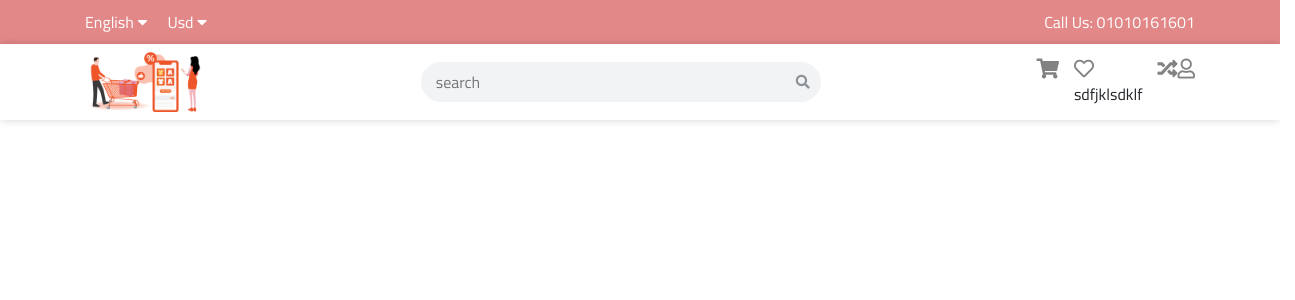
Repository: amrh20/ecommerce-temp
Page: src/index.html
These files come from the project's save history. The page is drawn as it stood at one moment and after the next save; the edit follows.
The browser window is 1280 px wide. The page is 1280 px wide, then 1295 px, so the pictures cover 1295 px, including what lies to the right of the window. The pictures show the whole page.
The style sheet was rebuilt from its Sass, Less or Tailwind sources for each picture, by a compiler version that may differ from the author's.

Above is the page before, as saved 2020-01-19 11:19:49.

### src/index.html
<!DOCTYPE html>
<html lang="en" dir="ltr">

<head>
  <!-- Mobile specific metas===========================-->
  <meta charset="UTF-8">
  <meta name="viewport" content="width=device-width, initial-scale=1.0">
  <meta http-equiv="X-UA-Compatible" content="ie=edge">
  <!-- Basic page needs===========================-->
  <title>template</title>
  <!-- Favicon===========================-->
  <!-- <link rel="shortcut icon" type="image/x-icon" href="./images/fave-icon.png"> -->
  <!-- Css Base And Vendor ===========================-->
  <link rel="stylesheet" href="./vendors/bootstrap-4/css/bootstrap.min.css">
  <link rel="stylesheet" href="./vendors/fontawesome5.2/css/all.min.css">
  <link rel="stylesheet" href="./vendors/slickslider/slick.css">
  <!-- Site Style===========================-->
  <link rel="stylesheet" href="./styles/main.css">
  <!--[if lt IE 9]>
            <script src="https://oss.maxcdn.com/html5shiv/3.7.2/html5shiv.min.js"></script>
            <script src="https://oss.maxcdn.com/respond/1.4.2/respond.min.js"></script>
        <![endif]-->
</head>

<body>
  <div class="wrapper">
    <div class="body_overlay">
    <!-- start header -->
    <header>
      <div class="header">
        <!-- start top header -->
        <div class="top_header">
          <div class="container">
           <div class="top-header_content">
             <!-- dropdowns -->
            <div class="top_header-dropdowns">
              <!-- start language dropdown -->
              <div class="langauge-dropdown">
                <div class="top_header-dropdown-head">
                  <span>english</span>
                  <i class="fas fa-caret-down"></i>
                  <div class="top_header-dropdown-content">
                    <ul>
                      <li>english</li>
                      <li>french</li>
                    </ul>
                  </div>
                </div>

              </div><!-- end language dropdown -->

              <!-- start currency dropdown -->
              <div class="currency-dropdown">
                <div class="top_header-dropdown-head">
                  <span>usd</span>
                  <i class="fas fa-caret-down"></i>
                  <div class="top_header-dropdown-content">
                    <ul>
                      <li>egb</li>
                      <li>usd</li>
                    </ul>
                  </div>
                </div>

              </div><!-- end currency dropdown -->
            </div>
            <!-- contact -->
            <div class="top_header-contact">
              <p>Call Us: 01010161601</p>
            </div>

           </div>


          </div>
        </div><!-- end top header -->
        <!-- start middle haeder -->
        <div class="mid_header">
          <div class="container">
            <div class="mid_header-content">
              <!-- logo -->
              <div class="logo">
                <img src="./images/logo.png" alt="logo">
              </div>
              <!-- search -->
              <div class="search">
                <input type="text" placeholder="search">
                <i class="fas fa-search"></i>
              </div>
              <!-- icons -->
              <div class="icons">
                <div class="shopping-cart">
                  <div class="icon_head">
                    <i class="fas fa-shopping-cart"></i>
                  </div>

                  <div class="shopping-cart_content custom_content">
                    <div class="shopping-cart_details custom_details">
                      <div class="shopping-cart_row">
                        <div class="product_img">
                          <img src="./images/product-cart.png" alt="">
                        </div>
                        <div class="product_details">
                          <p class="product_name">Marvelous Modern 3 Seater</p>
                          <p class="product_price"> 599,00 <span>egb</span> </p>
                          <p>Qty: <span>1</span></p>
                        </div>
                        <div class="delete_product">
                          <i class="fa fa-times"></i>
                        </div>
                      </div>
                      <div class="shopping-cart_row">
                        <div class="product_img">
                          <img src="./images/product-cart.png" alt="">
                        </div>
                        <div class="product_details">
                          <p class="product_name">Marvelous Modern 3 Seater</p>
                          <p class="product_price"> 599,00 <span>egb</span> </p>
                          <p>Qty: <span>1</span></p>
                        </div>
                        <div class="delete_product">
                          <i class="fa fa-times"></i>
                        </div>
                      </div>
                        <div class="shopping-cart_row">
                        <div class="product_img">
                          <img src="./images/product-cart.png" alt="">
                        </div>
                        <div class="product_details">
                          <p class="product_name">Marvelous Modern 3 Seater</p>
                          <p class="product_price"> 599,00 <span>egb</span> </p>
                          <p>Qty: <span>1</span></p>
                        </div>
                        <div class="delete_product">
                          <i class="fa fa-times"></i>
                        </div>
                      </div>
                    </div>

                    <div class="custom-overlay">
                    </div>
                    <div class="total_price">
                      <span>sub total</span>
                      <span>800,00 egb</span>
                    </div>
                    <div class="cart_btns">
                      <button class="temp_button">view cart</button>
                      <button class="temp_button checkout_btn">checkout</button>
                    </div>
                  </div>

                </div>
                <div class="wishlist-view">
                  <div class="icon_head">
                    <i class="far fa-heart"></i>
                  </div>
                  <div class="wishlist-view_content custom_content">
                    sdfjklsdklf
                  </div>

                </div>
                <div class="icon">
                  <i class="fa fa-random"></i>
                </div>
               <div class="icon">
                <i class="far fa-user"></i>
               </div>

              </div>
            </div>
          </div>
        </div>
        <!-- end middle haeder -->
      </div>
    </header><!-- end header -->
    </div>
  </div>

  </div>
  <!--Scripts Plugins========================-->
  <script src="./vendors/jquery/jquery-3.3.1.min.js"></script>
  <script src="./vendors/bootstrap-4/js/bootstrap.min.js"></script>
  <!-- Custom js ====================-->
  <script src="scripts/app.js"></script>
</body>

</html>

### src/scripts/app.js
$( document ).ready(function() {
    $(".shopping-cart").click(function(){
        $(".shopping-cart_content").toggleClass("showcontent")
    })
});


// var allButtons = document.querySelectorAll('.icon_head');
// console.log("Found", allButtons.length, "div which class starts with “button”.");

// for (var i = 0; i < allButtons.length; i++) {
//   allButtons[i].addEventListener('click', function() {
//     $(".shopping-cart_content").toggleClass("showcontent")
//   });
// }

### src/styles/main.scss
/* imports sass files
========================*/
@import "../styles/variables.scss";
@import "../styles/buttons.scss";
@import "../styles/forms.scss";
@import "../styles/header.scss";
@import "../styles/base.scss";
@import "../styles/general.scss";

### src/styles/variables.scss
/* our sass varaibles
========================*/
$main-color :#e38888;
$second-color :#222222;
$icons-color :#828282;
$white: #fff;
$black : #000;
$top-header-hover :#e5e5e5;

### src/styles/buttons.scss
@import "../styles/variables.scss";

/* Buttons
==================================*/

### src/styles/forms.scss
@import "../styles/variables.scss";

/* forms
==============================*/
.form-control {
  height: 5rem;
  border: 2px solid transparent;
  border-radius: 1rem;
  box-shadow: 0 4px 10px -2px rgba(126, 173, 225, .5);
  font-size: 1.6rem;
  transition: all .3s ease-in-out;
  padding-left: 15px;

  &:focus {
    outline: none;
    box-shadow: 0 4px 10px -2px rgba(126, 173, 225, .5);
  }

  &::-webkit-input-placeholder {
    color: #7e7e7e;
    text-transform: capitalize;
    font-size: 1.4rem;
  }

  &.remove-default::-webkit-inner-spin-button,
  &.remove-default::-webkit-outer-spin-button,
  &.remove-default,
  &[type=date]::-webkit-inner-spin-button,
  &[type=date]::-webkit-outer-spin-button {
    -webkit-appearance: none;
    -moz-appearance: none;
    margin: 0;
  }

  &.remove-default::-webkit-inner-spin-button,
  &.remove-default::-webkit-outer-spin-button,
  &.remove-default,
  &[type=date] {
    -moz-appearance: textfield;
  }

}

textarea {
  height: auto;
  resize: none;
  width: 100%;
  border: 2px solid transparent;
  border-radius: 1rem;
  box-shadow: 0 4px 10px -2px rgba(126, 173, 225, .5);
  font-size: 1.6rem;
  transition: all .3s ease-in-out;
  padding: 15px;

  &:focus {
    outline: none;
    box-shadow: 0 4px 10px -2px rgba(126, 173, 225, .5);
  }
}

/*check-radio-item*/
.zvendo-check-item {
  margin-bottom: 1.5rem;
  text-align: start;

  &:last-of-type label {
    margin-left: 0;
  }

  input[type="radio"],
  input[type="checkbox"] {
    display: none;
  }

  input[type="radio"]+label,
  input[type="checkbox"]+label {
    position: relative;
    display: block;
    margin-bottom: 0;
    font-size: 1.42rem;
    text-transform: capitalize;
    color: #333232;
    cursor: pointer;
    padding-inline-start: 4rem;
  }

  input[type="radio"]+label::before,
  input[type="checkbox"]+label::before {
    position: absolute;
    content: "";
    font-family: 'Font Awesome 5 Free';
    font-weight: 900;
    display: flex;
    align-items: center;
    justify-content: center;
    font-size: 2rem;
    width: 3rem;
    height: 3rem;
    top: .5rem;
    left: 0;
    background-color: transparent;
    border: 2px solid $main-color;
    border-radius: .9rem;

    [dir="rtl"] & {
      left: auto;
      right: 0;
    }
  }

  input[type="radio"]:checked+label,
  input[type="checkbox"]:checked+label {
    color: $main-color;
  }

  input[type="radio"]:checked+label::before,
  input[type="checkbox"]:checked+label::before {
    font-family: "Font Awesome 5 Free";
    content: "\f00c";
    background-color: transparent;
    color: $main-color;
  }
}

### src/styles/header.scss
@import "../styles/variables.scss";

.header {
  // start top header
  .top_header {
    background-color: $main-color;
    color: $white;
    padding: 10px 0;
    .top-header_content {
      display: flex;
      justify-content: space-between;
      .top_header-dropdowns {
        display: flex;
        .langauge-dropdown,
        .currency-dropdown {
          position: relative;
          .top_header-dropdown-head {
            cursor: pointer;
            width: fit-content;
            text-transform: capitalize;
            .top_header-dropdown-content {
              background-color: $white;
              position: absolute;
              top: 52px;
              box-shadow: 0 0 8px 0 rgba(0, 0, 0, 0.17);
              color: $black;
              min-width: 80px;
              text-transform: capitalize;
              opacity: 0;
              visibility: hidden;
              transition: all 0.3s ease-in-out;
              ul {
                li {
                  padding: 10px;
                  cursor: pointer;
                  &:first-of-type {
                    padding-bottom: 0;
                  }
                  &:hover {
                    color: $main-color;
                  }
                }
              }
            }
            &:hover {
              .top_header-dropdown-content {
                opacity: 1;
                visibility: visible;
                top: 32px;
              }
            }
          }
        }
        .langauge-dropdown {
          margin-right: 20px;
        }
      }
    }
  }
  // start middle header
  .mid_header {
    box-shadow: 0 0 8px 0 rgba(0, 0, 0, 0.17);
    padding: 8px 0;
    .mid_header-content {
      display: flex;
      align-items: center;
      justify-content: space-between;
      .logo {
        img {
          max-height: 60px;
        }
      }
      // search
      .search {
        position: relative;
        input {
          border: 1px solid #f1f3f5;
          border-radius: 20px;
          background: #f1f3f5;
          min-width: 400px;
          padding: 7px 14px;
        }
        i {
          position: absolute;
          right: 11px;
          font-size: 14px;
          top: 50%;
          transform: translateY(-50%);
          color: #8c9196;
        }
      }
      // icons
      .icons {
        display: flex;

        i {
          font-size: 20px;
          color: $icons-color;
          cursor: pointer;
        }
        .shopping-cart {
          position: relative;
          margin-right: 15px;

          .custom_content {
            transition: all 0.3s ease-in-out;
            position: absolute;
            top: 20px;
            right: -15px;
            transition: all 0.3s ease;
            opacity: 0;
            visibility: hidden;
            box-shadow: 0 2px 2px rgba(0, 0, 0, 0.17);
            background-color: $white;
            .shopping-cart_details {
                max-height: 350px;
                overflow: auto;
            }
            &.showcontent {
              opacity: 1;
              visibility: visible;
              top: 50px;
            }
          }
          .shopping-cart_row {
            padding: 5px 25px;
            display: flex;
            min-width: 360px;
            align-items: center;
            &:first-of-type {
              border-top: 1px solid $main-color;
            }
            .product_img {
              img {
                max-height: 100px;
              }
            }
            .product_details {
              margin: 0 15px;
              .product_name {
                font-weight: 700;
                overflow: hidden;
                text-overflow: ellipsis;
                white-space: nowrap;
                max-width: 170px;
              }
              .product_price {
                text-transform: uppercase;
                color: $main-color;
              }
            }
            .delete_product {
              i {
                color: red;
                font-size: 14px;
              }
            }
          }

          .total_price {
            display: flex;
            justify-content: space-between;
            padding: 15px 25px;
            text-transform: capitalize;
            border-top: 1px solid #eee;
            border-bottom: 1px solid #eee;
            span {
              &:first-of-type {
                color: #757575;
              }
              &:nth-of-type(2) {
                color: #010101;
                font-weight: 600;
              }
            }
          }
          .cart_btns {
            display: flex;
            justify-content: space-between;
            padding: 15px 25px;
            .checkout_btn {
                background-color: $main-color;
                color: $white;
                &:hover {
                    color: $main-color;
                    background-color: $white;
                }
            }
          }
        }
        // wishlist veiw
        .wishlist-view {
          margin-right: 15px;
        }
      }
    }
  }
  // custom views
  .custom-overlay {
    border-color: #e38888 transparent;
    border-style: solid;
    border-width: 0 12px 12px;
    height: 0;
    width: 0;
    top: -12px;
    right: 13px;
    position: absolute;
  }
}

### src/styles/base.scss
@import "../styles/variables.scss";

/* General elements
======================*/
*,p {
  margin: 0;
  padding: 0;
}
*,
*:focus {
  outline: none !important;
}

.highlightClass {
  color: $main-color;
}
/*import fonts
========================*/
@import url('https://fonts.googleapis.com/css?family=Ubuntu:400,700');

@font-face {
  font-family: Cairo;
  font-style: normal;
  src: local('Cairo Regular'), local('Cairo-Regular'), url("../fonts/Cairo/Cairo-Regular.ttf");
  font-display: swap;
  font-weight: 400;
}
@font-face {
  font-family: Cairo;
  font-style: normal;
  src: local('Cairo Cairo-SemiBold'), local('Cairo-Cairo-SemiBold'), url("../fonts/Cairo/Cairo-SemiBold.ttf");
  font-display: swap;
  font-weight: 600;
}
@font-face {
  font-family: Cairo;
  font-style: normal;
  src: local('Cairo Bold'), local('Cairo-Bold'), url("../fonts/Cairo/Cairo-Bold.ttf");
  font-display: swap;
  font-weight: 700;
}
/*body-layout
========================*/
html {
  font-size: 62.5%;
  overflow-x: hidden;
}
body {
  font-family: 'Cairo',  sans-serif;
  font-size: 1.6rem;

  [dir=rtl] & {
    direction: rtl;
    text-align: right;
  }
}

.wrapper {
  position: relative;
  width: 100%;
}
/* Links
==================*/
a {
  color: inherit;
  &:hover,
  &:focus {
    text-decoration: none;
    transition: all .3s ease-in-out;
    color: inherit;
  }
}
/* Images
============================*/
img {
  // display: block;
  max-width: 100%;
  height: auto;
}

// list items
ul {
  list-style: none;
  margin: 0;
}

/* inputs
============================*/

### src/styles/general.scss
@import "../styles/variables.scss";


// buttons
.temp_button {
    color: $black;
    padding: 5px 22px;
    border-radius: 18px;
    vertical-align: top;
    display: inline-block;
    background: transparent;
    border: 1px solid $main-color;
    text-transform: uppercase;
    cursor: pointer;
    transition: all .3s ease-in-out;
    &:hover {
        background-color: $main-color;
        color: $white;
    }
}

Loaded but not shown: src/vendors/bootstrap-4/css/bootstrap.min.css (library); src/vendors/fontawesome5.2/css/all.min.css (library); src/vendors/slickslider/slick.css (common file); src/vendors/jquery/jquery-3.3.1.min.js (library); src/vendors/bootstrap-4/js/bootstrap.min.js (library)

After the next save:
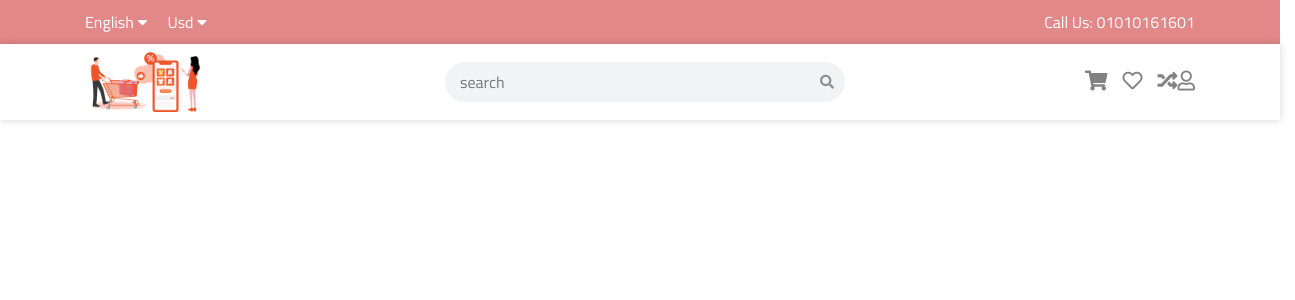
Saved 91 s later.
--- a/src/styles/header.scss
+++ b/src/styles/header.scss
@@ -102,26 +102,7 @@
           position: relative;
           margin-right: 15px;
 
-          .custom_content {
-            transition: all 0.3s ease-in-out;
-            position: absolute;
-            top: 20px;
-            right: -15px;
-            transition: all 0.3s ease;
-            opacity: 0;
-            visibility: hidden;
-            box-shadow: 0 2px 2px rgba(0, 0, 0, 0.17);
-            background-color: $white;
-            .shopping-cart_details {
-                max-height: 350px;
-                overflow: auto;
-            }
-            &.showcontent {
-              opacity: 1;
-              visibility: visible;
-              top: 50px;
-            }
-          }
+
           .shopping-cart_row {
             padding: 5px 25px;
             display: flex;
@@ -206,4 +187,24 @@
     right: 13px;
     position: absolute;
   }
+  .custom_content {
+    transition: all 0.3s ease-in-out;
+    position: absolute;
+    top: 20px;
+    right: -15px;
+    transition: all 0.3s ease;
+    opacity: 0;
+    visibility: hidden;
+    box-shadow: 0 2px 2px rgba(0, 0, 0, 0.17);
+    background-color: $white;
+    .shopping-cart_details {
+        max-height: 350px;
+        overflow: auto;
+    }
+    &.showcontent {
+      opacity: 1;
+      visibility: visible;
+      top: 50px;
+    }
+  }
 }
